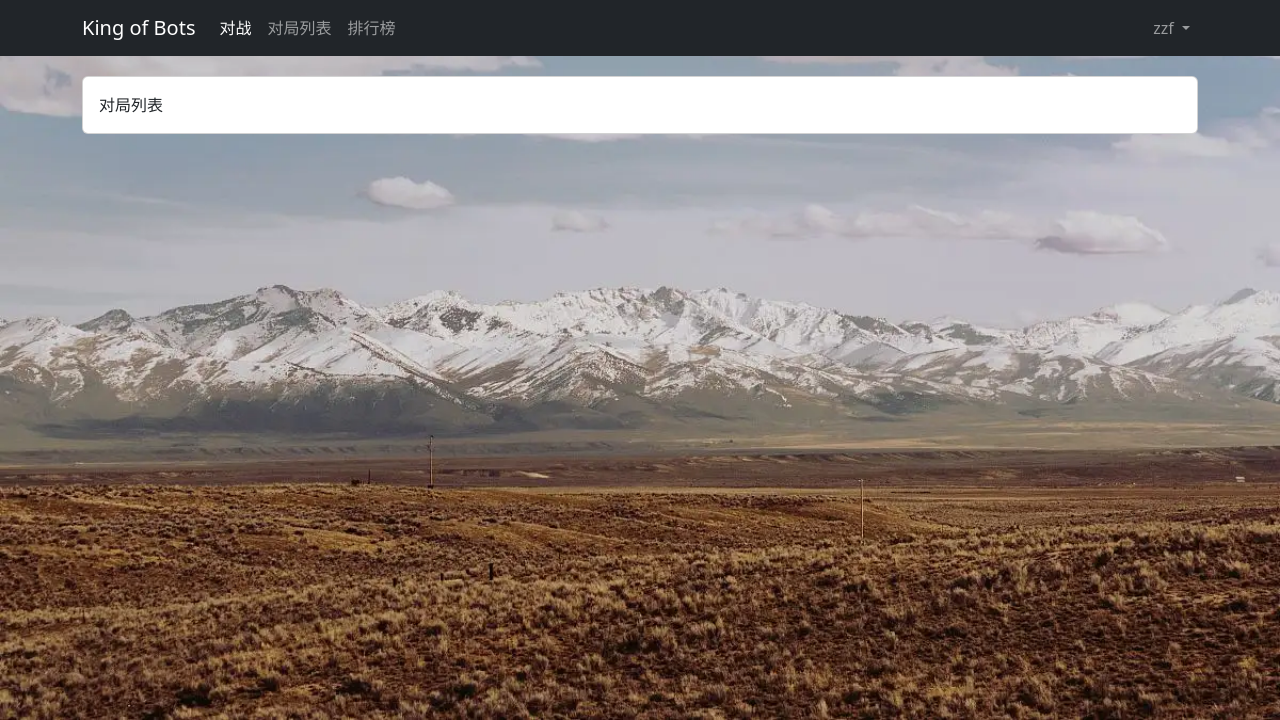
Repository: Chasingwind-Z/Kob
Page: /record (app in web/)
An editor plug-in stored every save of this project. The page is shown before and after the next save, followed by the edit.
The browser window is 1280 px wide. The pictures show the whole page.
The project was rebuilt for these pictures with package versions that can differ from the ones it lists, and the page was loaded fresh each time. Also part of the build but not shown: web/vue.config.js, web/src/views/pk/PkIndexView.vue, web/src/views/ranklist/RanklistIndexView.vue, web/src/views/user/bot/UserBotIndexView.vue, web/src/views/error/NotFound.vue.

Above is the page before, as saved 2023-02-09 21:05:51.

After the next save:
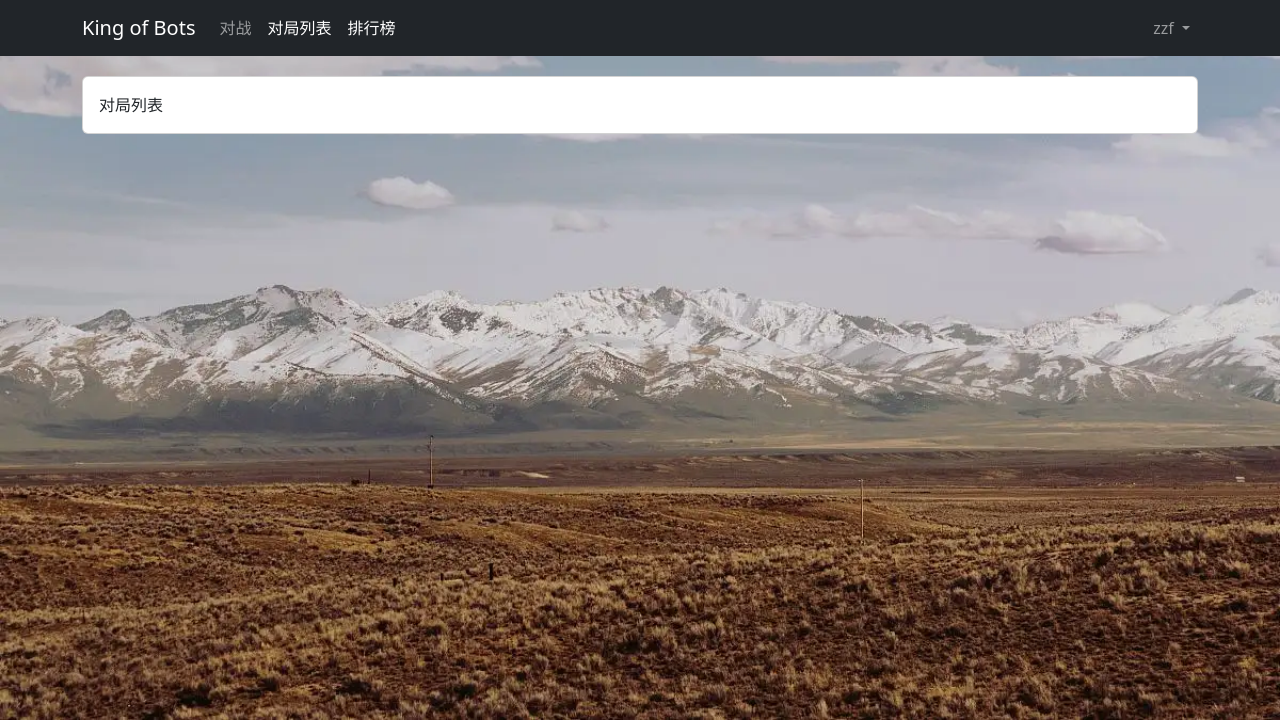
Saved 7 min 0 s later.
--- a/web/src/components/NavBar.vue
+++ b/web/src/components/NavBar.vue
@@ -7,17 +7,27 @@
       <div class="collapse navbar-collapse" id="navbarText">
         <ul class="navbar-nav me-auto mb-2 mb-lg-0">
           <li class="nav-item">
-            <router-link class="nav-link active" :to="{ name: 'pk_index' }"
+            <router-link
+              :class="route_name == 'pk_index' ? 'nav-link active' : 'nav-link'"
+              :to="{ name: 'pk_index' }"
               >对战</router-link
             >
           </li>
           <li class="nav-item">
-            <router-link class="nav-link" :to="{ name: 'record_index' }"
+            <router-link
+              :class="
+                (route_name = 'record_index' ? 'nav-link active' : 'nav-link')
+              "
+              :to="{ name: 'record_index' }"
               >对局列表</router-link
             >
           </li>
           <li class="nav-item">
-            <router-link class="nav-link" :to="{ name: 'ranklist_index' }"
+            <router-link
+              :class="
+                (route_name = 'ranklist_index' ? 'nav-link active' : 'nav-link')
+              "
+              :to="{ name: 'ranklist_index' }"
               >排行榜</router-link
             >
           </li>
@@ -49,6 +59,19 @@
   </nav>
 </template>
 
-<script></script>
+<script>
+import { useRoute } from "vue-router";
+import { computed } from "vue";
+
+export default {
+  setup() {
+    const route = useRoute();
+    let route_name = computed(() => route.name);
+    return {
+      route_name,
+    };
+  },
+};
+</script>
 
 <style scoped></style>
